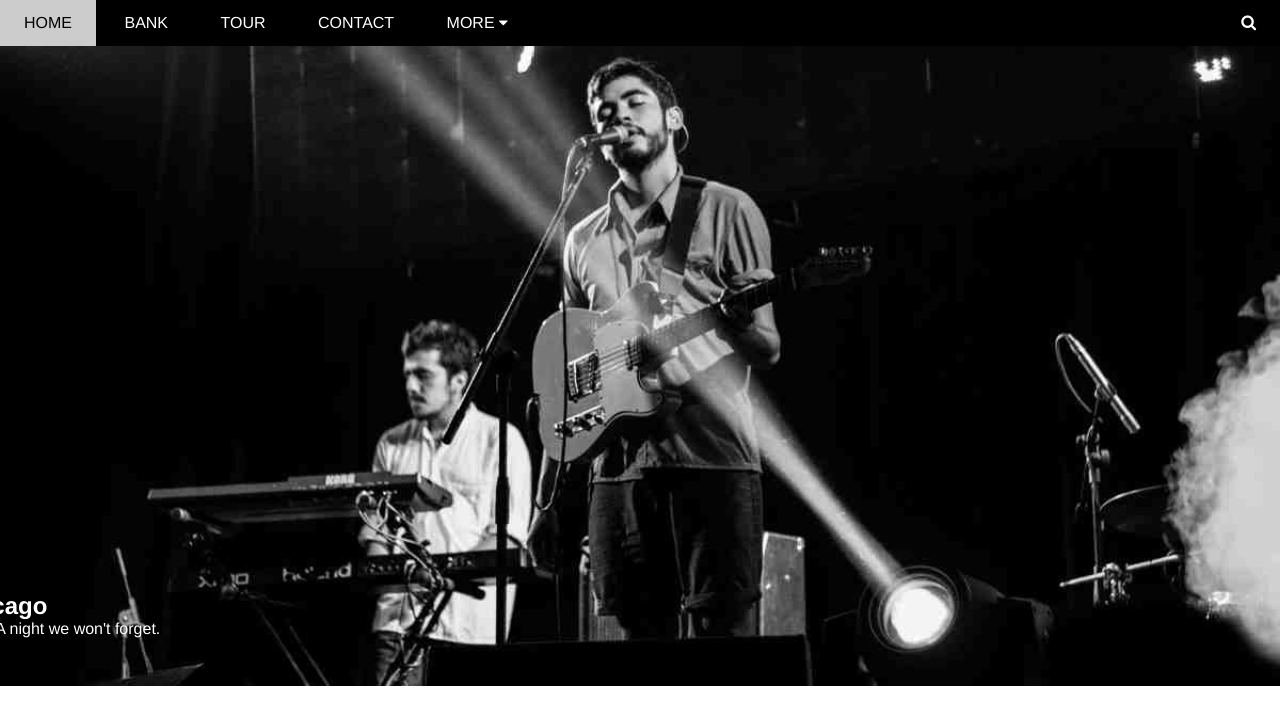
Repository: vuongtm1999/TheBand_W3School
Page: index.html
An editor plug-in stored every save of this project. The page is shown before and after the next save, followed by the edit.
The browser window is 1280 px wide. The pictures show the whole page.

Above is the page before, as saved 2022-08-25 10:58:11.

### index.html
<!DOCTYPE html>
<html lang="en">
<head>
    <meta charset="UTF-8">
    <meta http-equiv="X-UA-Compatible" content="IE=edge">
    <meta name="viewport" content="width=device-width, initial-scale=1.0">
    <title>Document</title>
    <link rel="stylesheet" href="./assets/css/style.css">
    <link rel="stylesheet" href="https://cdnjs.cloudflare.com/ajax/libs/font-awesome/4.7.0/css/font-awesome.min.css">

</head>
<body>
        <div id="header">
            <!-- begin: nav -->
            <ul id="nav">
                <li><a href="#">Home</a></li>
                <li><a href="#">Bank</a></li>
                <li><a href="#">Tour</a></li>
                <li><a href="#">Contact</a></li>
                <li>
                    <a href="#">More <i style="font-size: 15px;" class="fa fa-caret-down"></i></a>
                    <ul class="subnav">
                        <li><a href="#">Merchandise</a></li>
                        <li><a href="#">Extras</a></li>
                        <li><a href="#">Media</a></li>
                    </ul>
                </li>
            </ul>
            <!-- end: nav -->

            <!-- begin: search button -->
            <div class="search-button">
                <i class="fa fa-search"></i>
            </div>
            <!-- end: search button -->
        </div>

        <div id="slider">
            <div class="text-content">
                <div class="container">
                    <h2 class=text-heading>
                        Chicago
                    </h2>
                    <div class="text-description">
                        Thank you, Chicago - A night we won't forget.
                    </div>
                </div>
            </div>
        </div>

        <div id="container">
            <div id="content">

            </div>

        </div>

        <div id="footer">

        </div>
    </div>
</body>
</html>

### assets/css/style.css
/* reset CSS */
* {
    margin: 0;
    padding: 0;
    box-sizing: border-box;
}

html {
    font-family: Helvetica, Arial, sans-serif;
}

#nav, .subnav{
    list-style-type: none;
}

#nav{
    display: inline-block;
}

/*
Nguyen tac lam viec
1. Vi tri
2. Kich thuoc
3. Mau sac
4. Kieu dang (kieu chu, hinh tron hay hinh vuong,...)
*/

/*
Tu ngoai vao trong
Tu tren xuong duoi
TU tong quan den chi tiet
 */

#main {}

#header {
    position: fixed;
    height: 46px;
    background-color: #000;
    color: #fff;
    top: 0;
    left: 0;
    right: 0;
}

#nav li {
    text-decoration: none;
    line-height: 46px;
}

a{
    text-decoration: none;
}

#nav > li > a {
    /* display: inline-block; */
    padding: 0px 24px;
    color: #ffffff;
    text-transform: uppercase;
}

#nav > li {
    display: inline-block;
}

#nav li:last-child {
    position: relative;
}

#nav .subnav {
    background-color: #fff;
    position: absolute;
    display: none;
    top: 100%;
    left: 0;
    box-shadow:  0px 0px 10px rgba(0, 0, 0, 0.3);
    min-width: 160px;
}

#nav .subnav a{
    color: #000;
    padding: 0px 12px;
    line-height: 30px;
    display: inline-block;
    width: 100%;
}

#nav .subnav li:hover,
#nav > li:hover > a {
    color: #000;
    background-color: #ccc;
    display: block;
}

#nav > li:last-child:hover .subnav{
    display: block;
}

/* search btn */
#header .search-button{
    float: right;
    line-height: 46px;
    padding: 0 24px;
}

#header .search-button:hover{
    background-color: #f44336;
    cursor: pointer;
}

#slider {
    /* background-color: rgb(27, 22, 22); */
    margin-top: 46px;
/* padding-top bang 50% chieu rong cua thanh phan do */
    padding-top: 50%;
    position: relative;
    background: url("/assets/img/chicago.jpg") top center / cover no-repeat;
}

#slider .text-content{
    position: absolute;
    color: white;
    bottom: 48px;
    /* left: 50%; */
    transform: translateX(-50%);
    text-align: center;
}





#container {}

#content {}

#footer {}

After the next save:
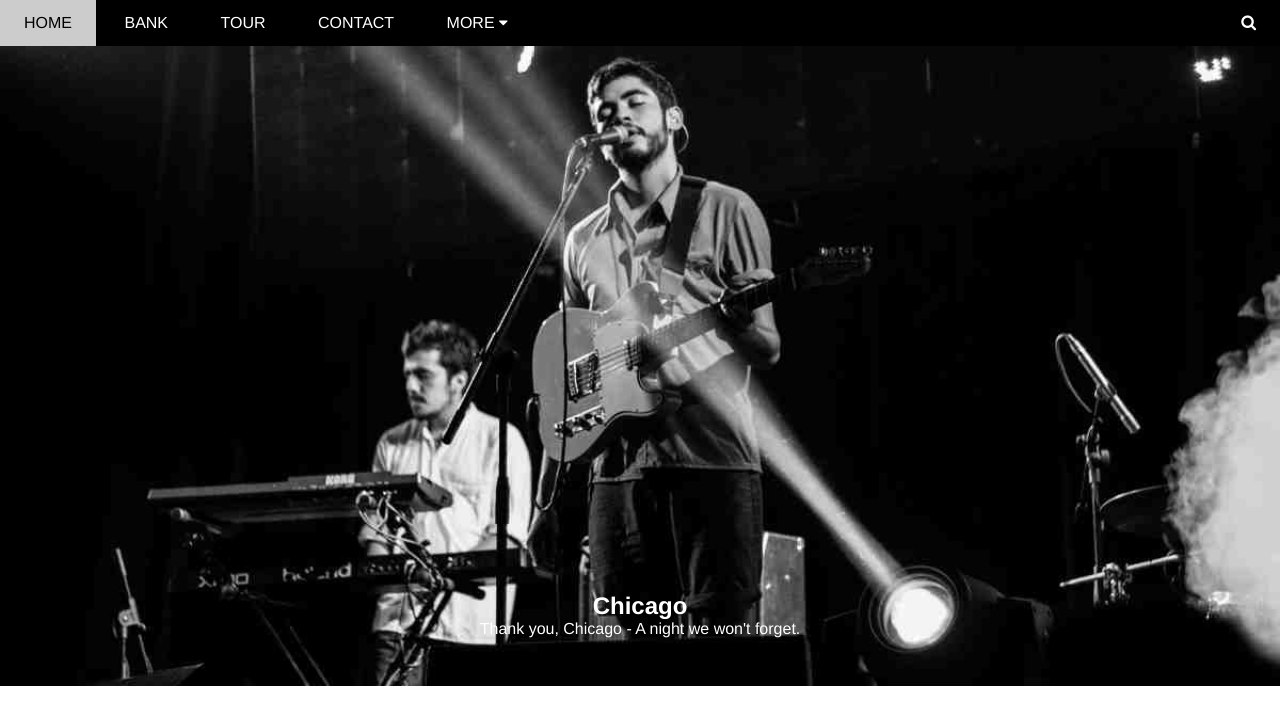
Saved 8 s later.
--- a/assets/css/style.css
+++ b/assets/css/style.css
@@ -121,7 +121,7 @@ a{
     position: absolute;
     color: white;
     bottom: 48px;
-    /* left: 50%; */
+    left: 50%;
     transform: translateX(-50%);
     text-align: center;
 }
